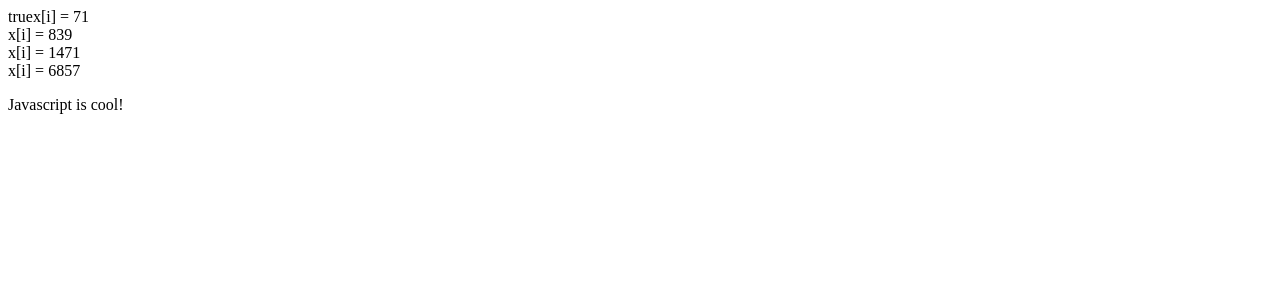
Repository: gregpuzzles1/workspace
Page: Javascript/WebContent/Euler-Javascript.html
The author's editor kept a copy of each file at every save. The page is drawn from the files as they stood at one save, then again after the next save.
The browser window is 1280 px wide. The pictures show the whole page.

Above is the page before, as saved 2012-10-31 21:42:37.

After the next save:
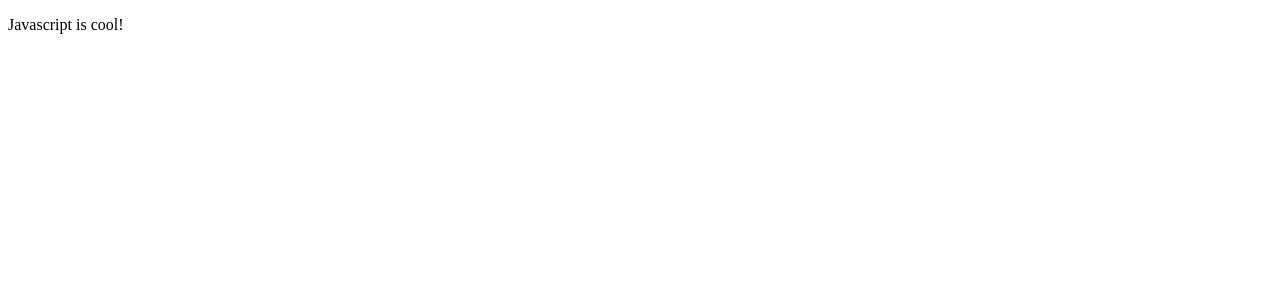
Console error: ReferenceError: int is not defined
Saved 43 s later.
--- a/Javascript/test.js
+++ b/Javascript/test.js
@@ -1,9 +1,9 @@
-var number = 600851475143;
+/*var number = 600851475143;
 var x = new Array;
-x = getListOfPrimes(number);
+x = getListOfPrimes(number);*/
 document.write(isPrime(5));
 
-for(var i = 0; i <= x.length; i++){
+/*for(var i = 0; i <= x.length; i++){
 	if(number % x[i] == 0){
 		document.write("x[i] = ", x[i], "<br \>");
 		var ii = 1 + 1;
@@ -23,7 +23,7 @@
 	}
 	return lstInt;
 }
-
+*/
 function isPrime(n){
 	var k = int(Math.sqrt(n));
 	if(n == 1){

After the save that followed:
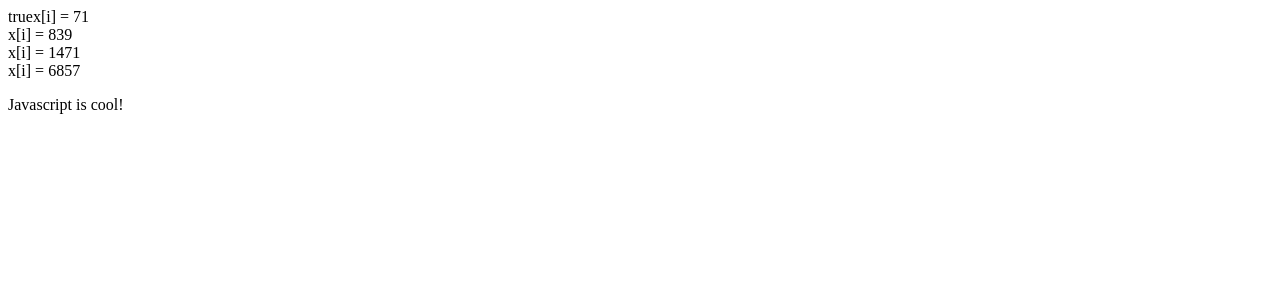
The error is gone.
Saved 48 s later.
--- a/Javascript/test.js
+++ b/Javascript/test.js
@@ -1,9 +1,9 @@
-/*var number = 600851475143;
+var number = 600851475143;
 var x = new Array;
-x = getListOfPrimes(number);*/
+x = getListOfPrimes(number);
 document.write(isPrime(5));
 
-/*for(var i = 0; i <= x.length; i++){
+for(var i = 0; i <= x.length; i++){
 	if(number % x[i] == 0){
 		document.write("x[i] = ", x[i], "<br \>");
 		var ii = 1 + 1;
@@ -23,7 +23,7 @@
 	}
 	return lstInt;
 }
-*/
+
 function isPrime(n){
 	var k = int(Math.sqrt(n));
 	if(n == 1){
